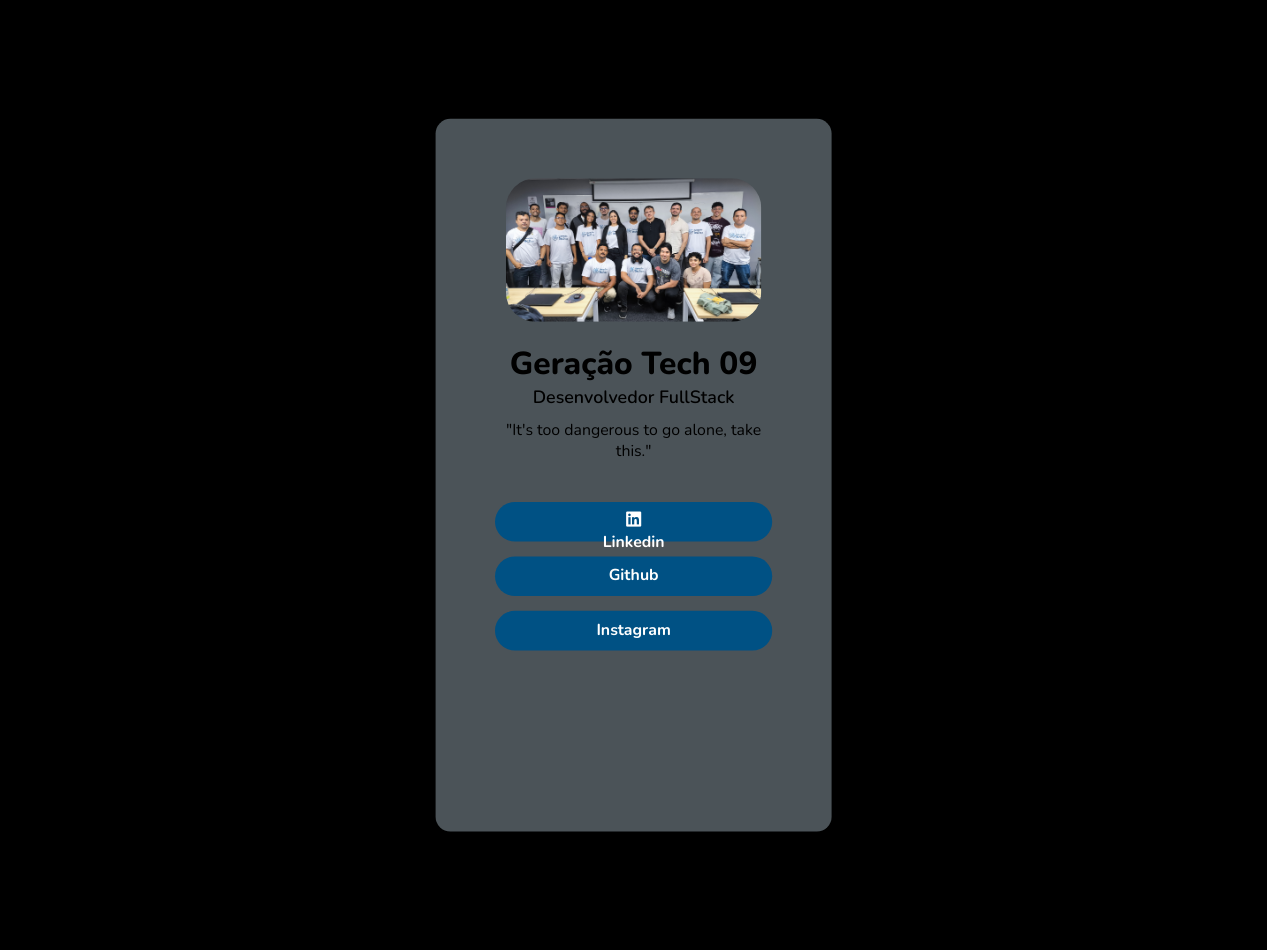
Repository: geracao-09/linktree-gt9
Page: index.html
The author's editor kept a copy of each file at every save. The page is drawn from the files as they stood at one save, then again after a run of saves.
The browser window is 1280 px wide. The pictures show the whole page, at 99% of full size.

Above is the page before, as saved 2025-04-11 10:35:56.

After the next 2 saves:
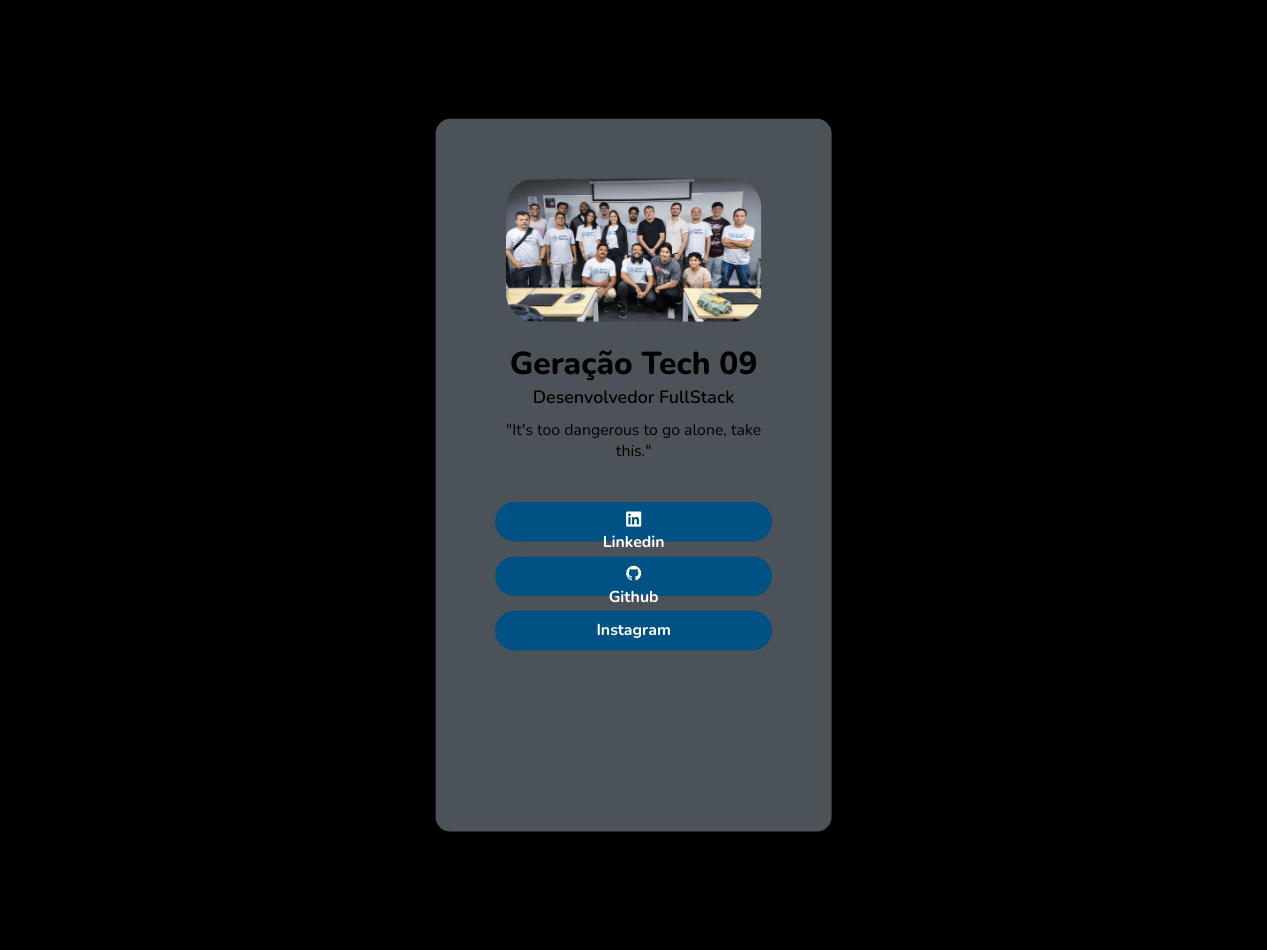
The 2 saves are shown as one change because they came seconds apart.
The last was saved 6 s later.
--- a/index.html
+++ b/index.html
@@ -32,7 +32,11 @@
           </a>
           <a href="https://github.com/geracao-09" target="_blank">
             <li>
-              <p></p>Github</li>
+
+            <i class="devicon-github-original"></i>
+
+              <p></p>Github
+            </li>
           </a>
           <a href="https://www.instagram.com/hidekina/" target="_blank">
             <li>Instagram</li>
